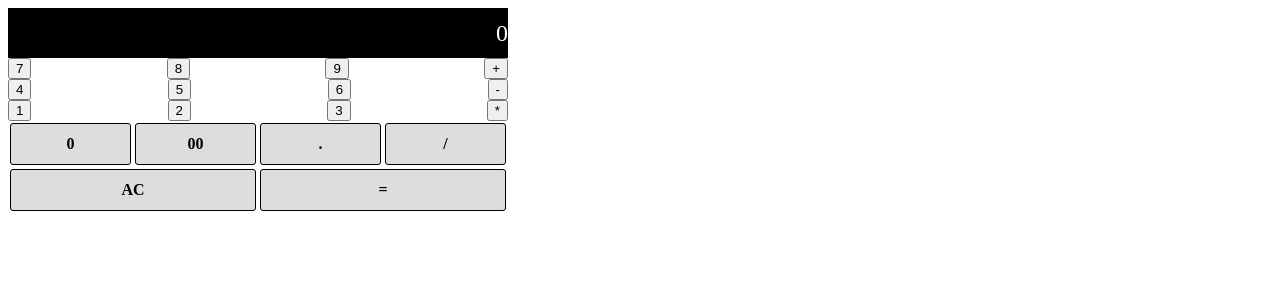
Repository: masa-rock/kadai_jquery_2
Page: index.html
The author's editor kept a record of every edit. The page is drawn from the files as they stood at one moment, then again after the next edit.
The browser window is 1280 px wide. The pictures show the whole page.
Some web libraries are served in a nearby version.

Above is the page before.

After the next edit:
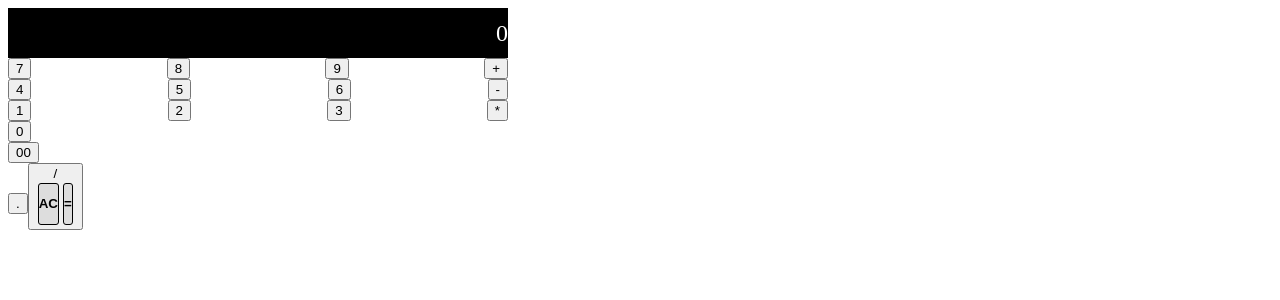
The edit:
--- a/index.html
+++ b/index.html
@@ -30,10 +30,10 @@
               <button id= "com_cal">*</button>
             </div>
             <div class="calculator_command">
-              <div class="com com_0">0</div>
-              <div class="com com_00">00</div>
-              <div class="com com_decimal_point">.</div>
-              <div id= "com_cal">/</div>
+              <button class="com com_0">0</div>
+              <button class="com com_00">00</div>
+              <button class="com com_decimal_point">.</div>
+              <button id= "com_cal">/</div>
             </div>
             <div class="calculator_command">
               <div class="com_ac">AC</div>
